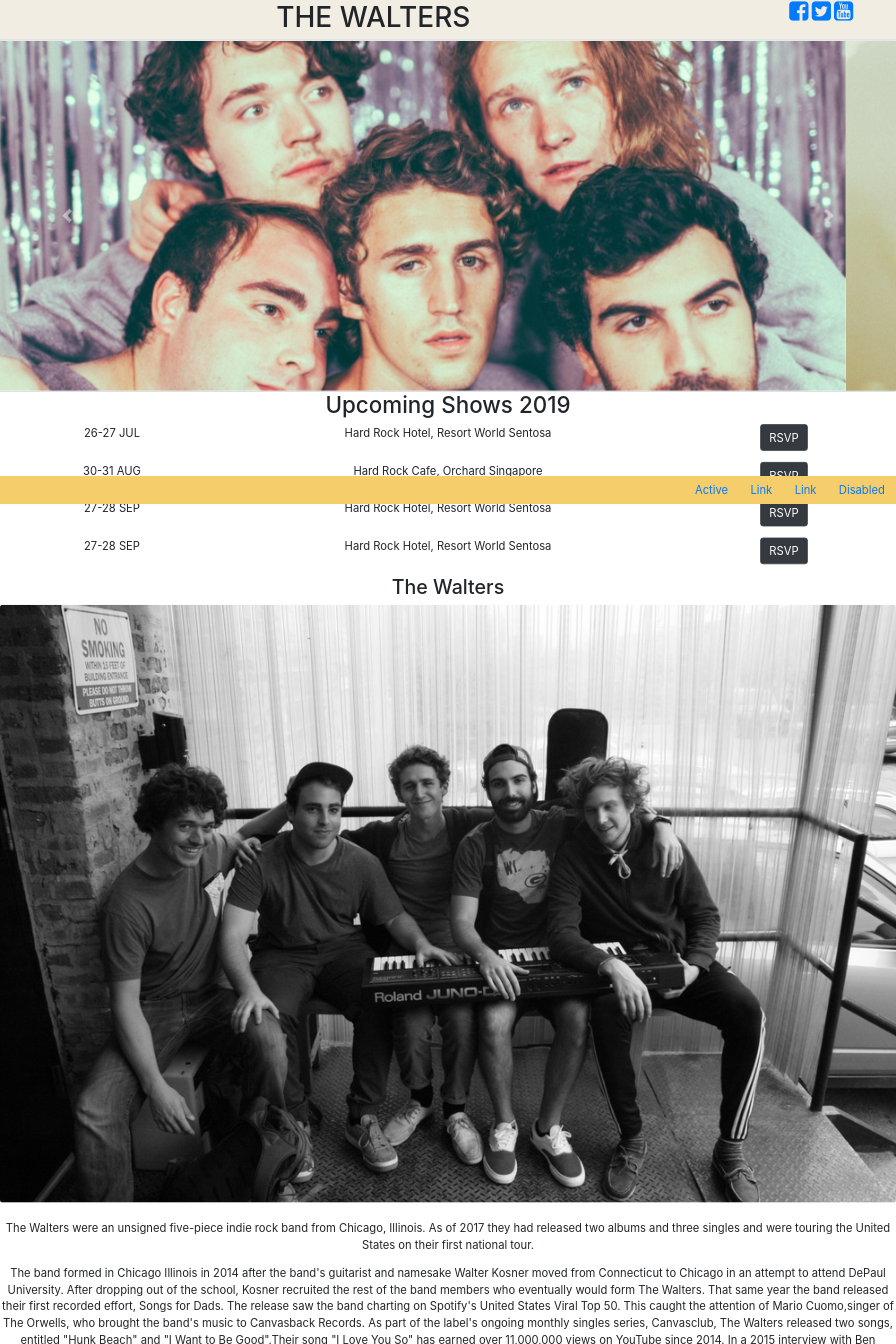
Repository: yucheng91/CIassignment1
Page: index.html
The author's editor kept a record of every edit. The page is drawn from the files as they stood at one moment, then again after the next edit.
The browser window is 1280 px wide. The pictures show the part of the page from y = 0 to 1920 px (the page is 4431 px tall), at 70% of full size.

Above is the page before.

### index.html
<!doctype html>
<html lang="en">

<head>
  <!-- Required meta tags -->
  <meta charset="utf-8">
  <meta name="viewport" content="width=device-width, initial-scale=1, shrink-to-fit=no">

  <!-- Bootstrap CSS -->
  <link rel="stylesheet" href="https://stackpath.bootstrapcdn.com/bootstrap/4.3.1/css/bootstrap.min.css" integrity="sha384-ggOyR0iXCbMQv3Xipma34MD+dH/1fQ784/j6cY/iJTQUOhcWr7x9JvoRxT2MZw1T" crossorigin="anonymous">
  <link rel="stylesheet" href="newstyle.css" type="text/css" />
  <link rel="stylesheet" href="https://maxcdn.bootstrapcdn.com/font-awesome/4.7.0/css/font-awesome.min.css" type="text/css" />
  <title>The Walters</title>
</head>

<body>
  <header>
    <div class="container-fluid">
      <div class="row">
        <div class="col-10">
          <h1>THE WALTERS</h1>
        </div>
        <div class="col-2">
          <a href="https://www.facebook.com"><i class="fa fa-facebook-square fa-2x" aria-hidden="true"></i></a>
          <a href="https://www.twitter.com"><i class="fa fa-twitter-square fa-2x" aria-hidden="true"></i></a>
          <a href="https://www.youtube.com"><i class="fa fa-youtube-square fa-2x" aria-hidden="true"></i></a>
        </div>
      </div>
    </div>
    <div class="border"></div>
  </header>

  <section class ="thecarousel">
  <a name="Home" />
  <div id="carouselExampleControls" class="carousel slide" data-ride="carousel">
    <div class="carousel-inner">
      <div class="carousel-item active">
        <img class="d-block w-100" src="images/c1.jpg" alt="First slide">
      </div>
      <div class="carousel-item">
        <img class="d-block w-100" src="images/c2.jpg" alt="Second slide">
      </div>
      <div class="carousel-item">
        <img class="d-block w-100" src="images/c3.jpg" alt="Third slide">
      </div>
    </div>
    <a class="carousel-control-prev" href="#carouselExampleControls" role="button" data-slide="prev">
    <span class="carousel-control-prev-icon" aria-hidden="true"></span>
    <span class="sr-only">Previous</span>
  </a>
    <a class="carousel-control-next" href="#carouselExampleControls" role="button" data-slide="next">
    <span class="carousel-control-next-icon" aria-hidden="true"></span>
    <span class="sr-only">Next</span>
  </a>
  </div>
  </section>
  <div class="border"></div>

  <section class="upcomingshow">
    <div>
      <h2>Upcoming Shows 2019</h2>
      <div class="container-fluid">
        <div class="row">
          <div class="col-12 col-md-3">
            <p>26-27 JUL</p>
          </div>
          <div class="col-12 col-md-6">
            <p>Hard Rock Hotel, Resort World Sentosa</p>
          </div>
          <div class="col-12 col-md-3 text-center">
            <a href="https://www.eventbrite.sg"><button type="button" class="btn btn-dark">RSVP</button></p></a>
          </div>
        </div>

        <div class="row">
          <div class="col-12 col-md-3">
            <p>30-31 AUG</p>
          </div>
          <div class="col-12 col-md-6">
            <p>Hard Rock Cafe, Orchard Singapore</p>
          </div>
          <div class="col-12 col-md-3 text-center">
            <a href="https://www.eventbrite.sg"><button type="button" class="btn btn-dark">RSVP</button></p></a>
          </div>
        </div>
        <div class="row">
          <div class="col-12 col-md-3">
            <p>27-28 SEP</p>
          </div>
          <div class="col-12 col-md-6">
            <p>Hard Rock Hotel, Resort World Sentosa</p>
          </div>
          <div class="col-12 col-md-3 text-center">
            <a href="https://www.eventbrite.sg"><button type="button" class="btn btn-dark">RSVP</button></p></a>
          </div>
        </div>
        <div class="row">
          <div class="col-12 col-md-3">
            <p>27-28 SEP</p>
          </div>
          <div class="col-12 col-md-6">
            <p>Hard Rock Hotel, Resort World Sentosa</p>
          </div>
          <div class="col-12 col-md-3 text-center">
            <a href="https://www.eventbrite.sg"><button type="button" class="btn btn-dark">RSVP</button></p></a>
          </div>
        </div>
      </div>
  </section>

  <section class="themembers">
    <div class="members">
      <a name="TheWalters" />
      <h3>The Walters</h3>
      <img src="images/groupphoto.jpeg" class="img-fluid rounded" alt="Responsive image">
      <br><br>
      <p>The Walters were an unsigned five-piece indie rock band from Chicago, Illinois. As of 2017 they had released two albums and three singles and were touring the United States on their first national tour.</p>
      <p>The band formed in Chicago Illinois in 2014 after the band's guitarist and namesake Walter Kosner moved from Connecticut to Chicago in an attempt to attend DePaul University. After dropping out of the school, Kosner recruited the rest of the band
        members who eventually would form The Walters. That same year the band released their first recorded effort, Songs for Dads. The release saw the band charting on Spotify's United States Viral Top 50. This caught the attention of Mario Cuomo,singer
        of The Orwells, who brought the band's music to Canvasback Records. As part of the label's ongoing monthly singles series, Canvasclub, The Walters released two songs, entitled "Hunk Beach" and "I Want to Be Good".Their song "I Love You So" has
        earned over 11,000,000 views on YouTube since 2014. In a 2015 interview with Ben Niesdopziany from These Days[8] the band stated that the names of their EPs and singles are not always reflective of the music's content and were instead chosen for
        their humor or because the band liked the name. During 2015 the band also recorded their second full-length effort, Young Men, which was also an independently recorded and distributed release.</p>
      <div class="container-fluid">
        <div class="row">
          <div class="col-3"></div>
          <div class="col-12 col-md-3 card-padding">
            <div class="card">
              <img class="card-img-top" src="images/LukeOlson.png" alt="Card image cap">
              <div class="card-body">
                <h5 class="card-title">Luke Olson</h5>
                <p class="card-text">Lead vocalist & guitarist</p>
              </div>
            </div>
          </div>
          <div class="col-12 col-md-3 card-padding">
            <div class="card">
              <img class="card-img-top" src="images/walterkosner.png" alt="Card image cap">
              <div class="card-body">
                <h5 class="card-title">Walter Kosner</h5>
                <p class="card-text">Lead guitarist</p>
              </div>
            </div>
          </div>
          <div class="col-3"></div>
        </div>
        <div class="row">
          <div class="col-1"></div>
          <div class="col-12 col-md-3 card-padding">
            <div class="card">
              <img class="card-img-top" src="images/CharlieEkhaus.jpeg" alt="Card image cap">
              <div class="card-body">
                <h5 class="card-title">Charlie Ekhaus</h5>
                <p class="card-text">Drummer</p>
              </div>
            </div>
          </div>
          <div class="col-12 col-md-3 card-padding">
            <div class="card">
              <img class="card-img-top" src="images/MJTirabassi.jpeg" alt="Card image cap">
              <div class="card-body">
                <h5 class="card-title">Michael Tirabassi</h5>
                <p class="card-text">Vocalist and guitarist</p>
              </div>
            </div>
          </div>
          <div class="col-12 col-md-3 card-padding">
            <div class="card">
              <img class="card-img-top" src="images/DannyWells.png" alt="Card image cap">
              <div class="card-body">
                <h5 class="card-title">Danny Wells</h5>
                <p class="card-text">Bass</p>
              </div>
            </div>
          </div>
          <div class="col-1"></div>
        </div>
      </div>
    </div>
  </section>


  <section class="themusic">
    <div class="music">
      <a name="Music" />
      <h3>The Music</h3>
      <div class="container-fluid">
        <div class="row">
          <div class="col-2"></div>
          <div class="col-12 col-md-4">
            <iframe src="https://open.spotify.com/embed/album/3MFTbUnA8C9T6KCBb0gpH5" style="border: 0; width: 100%; height: 380px;" allowfullscreen allow="autoplay; encrypted-media"></iframe>
          </div>
          <div class="col-12 col-md-4">
            <iframe src="https://open.spotify.com/embed/album/5ADia0t4o7pA8dyi8jRA4E" style="border: 0; width: 100%; height: 380px;" allowfullscreen allow="autoplay; encrypted-media"></iframe>
          </div>
          <div class="col-2"></div>
        </div>
  </section>

  <section class="thevideo">
    <div class="video">
      <a name="Video" />
      <h3>The Video</h3><br/>
      <div class="embed-responsive embed-responsive-16by9">
        <iframe class="embed-responsive-item" src="https://www.youtube.com/embed/5zfrnme2nJ4" allowfullscreen></iframe>
      </div>
    </div>
  </section>

<footer>
  <ul class="nav justify-content-end">
    <li class="nav-item">
      <a class="nav-link active" href="#">Active</a>
    </li>
    <li class="nav-item">
      <a class="nav-link" href="#">Link</a>
    </li>
    <li class="nav-item">
      <a class="nav-link" href="#">Link</a>
    </li>
    <li class="nav-item">
      <a class="nav-link" href="#" tabindex="-1" aria-disabled="true">Disabled</a>
    </li>
  </ul>
    <!--<div class="navbar">-->
    <!--  <ul class="nav justify-content-start">-->
    <!--    <li class="nav-item">-->
    <!--      <a class="nav-link active" href="#Home">HOME</a>-->
    <!--    </li>-->
    <!--    <li class="nav-item">-->
    <!--      <a class="nav-link" href="#TheWalters">THE WALTERS</a>-->
    <!--    </li>-->
    <!--    <li class="nav-item">-->
    <!--      <a class="nav-link" href="#Music">MUSIC</a>-->
    <!--    </li>-->
    <!--    <li class="nav-item">-->
    <!--      <a class="nav-link" href="#Video">VIDEO</a>-->
    <!--    </li>-->
    <!--  </ul>-->
    <!--</div>-->
</footer>

  <!-- Optional JavaScript -->
  <!-- jQuery first, then Popper.js, then Bootstrap JS -->
  <script src="https://code.jquery.com/jquery-3.3.1.slim.min.js" integrity="sha384-q8i/X+965DzO0rT7abK41JStQIAqVgRVzpbzo5smXKp4YfRvH+8abtTE1Pi6jizo" crossorigin="anonymous"></script>
  <script src="https://cdnjs.cloudflare.com/ajax/libs/popper.js/1.14.7/umd/popper.min.js" integrity="sha384-UO2eT0CpHqdSJQ6hJty5KVphtPhzWj9WO1clHTMGa3JDZwrnQq4sF86dIHNDz0W1" crossorigin="anonymous"></script>
  <script src="https://stackpath.bootstrapcdn.com/bootstrap/4.3.1/js/bootstrap.min.js" integrity="sha384-JjSmVgyd0p3pXB1rRibZUAYoIIy6OrQ6VrjIEaFf/nJGzIxFDsf4x0xIM+B07jRM" crossorigin="anonymous"></script>
</body>

</html>

### newstyle.css
.vintage__container {
  display: inline-block;
  margin: 25px auto 40px;
}

.vintage {
  font-family: 'Six Caps', sans-serif;
  font-size: 50px;
  letter-spacing: 10px;
  line-height: 1;
  margin: 0;
  position: relative;
}

.vintage__top {
    color:rgb(255, 228, 193);
    position: absolute;
}

.vintage__bot {
  text-shadow:
    1px 1px rgb(85, 10, 0),
    2px 2px rgb(90, 15, 5),
    3px 4px rgb(100, 20, 15),
    4px 5px rgb(105, 25, 20),
    5px 6px rgb(110, 30, 25),
    6px 7px rgb(115, 30, 30),
    7px 8px rgb(120, 30, 35),
    8px 9px black,
    9px 10px black,
    10px 11px black,
    11px 13px black,
    12px 14px rgba(0, 0, 0, 0.9),
    13px 15px rgba(0, 0, 0, 0.7),
    14px 16px rgba(0, 0, 0, 0.5),
    15px 18px rgba(0, 0, 0, 0.1);

}

body {
    text-align:center;
}

header {
    background-color:#f1ede2;
}

/*img is only for carousel*/
img {
    height: 500px;
    width: 100%;
    object-fit: cover;
}

#upcomingshow{
    background-color:#8adad7;
}

#themembers{
    background-color:#f1ede2;
}

#themusic{
    background-color:#ff7858;
}

#thevideo{
    background-color:#f1ede2;
}
footer {
    position: fixed;
    bottom: 0;
    width: 100%;
    padding:0;
    background-color:#f5cd6b;
}

@media (max-width: 767px) {
    body {
        font-size: 15px;
    }

    h1 {
        font-size: 27px;
    }

    h2 {
        font-size: 20px;
    }

    p {
        font-size: 15px;
    }

    navbar {
        font-size: 15px;
    }

}

@media (max-width:359px) {
    section {
        padding-bottom:76px;
    }
}

After the next edit:
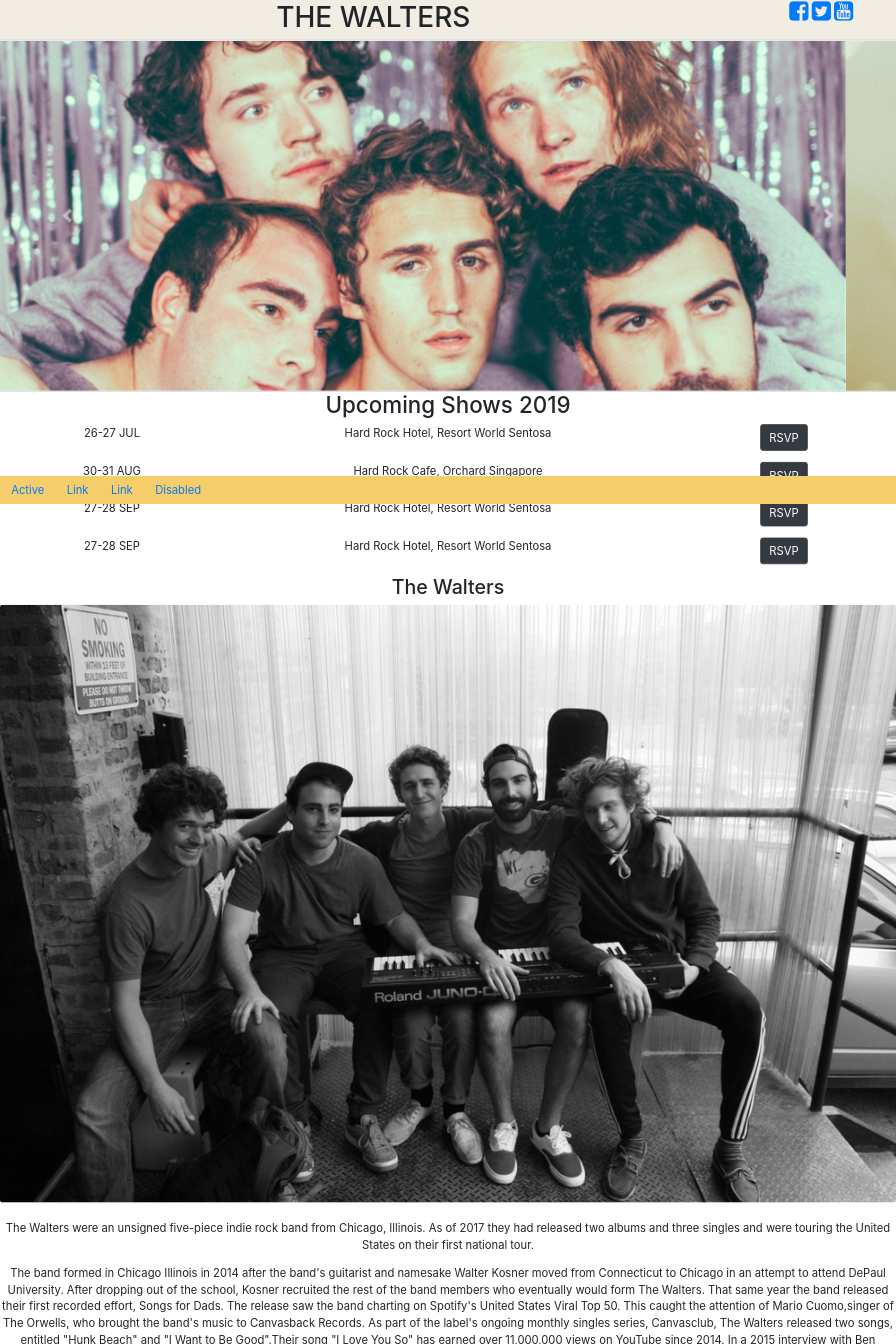
The edit:
--- a/index.html
+++ b/index.html
@@ -207,7 +207,7 @@
   </section>
 
 <footer>
-  <ul class="nav justify-content-end">
+  <ul class="nav justify-content-start">
     <li class="nav-item">
       <a class="nav-link active" href="#">Active</a>
     </li>
